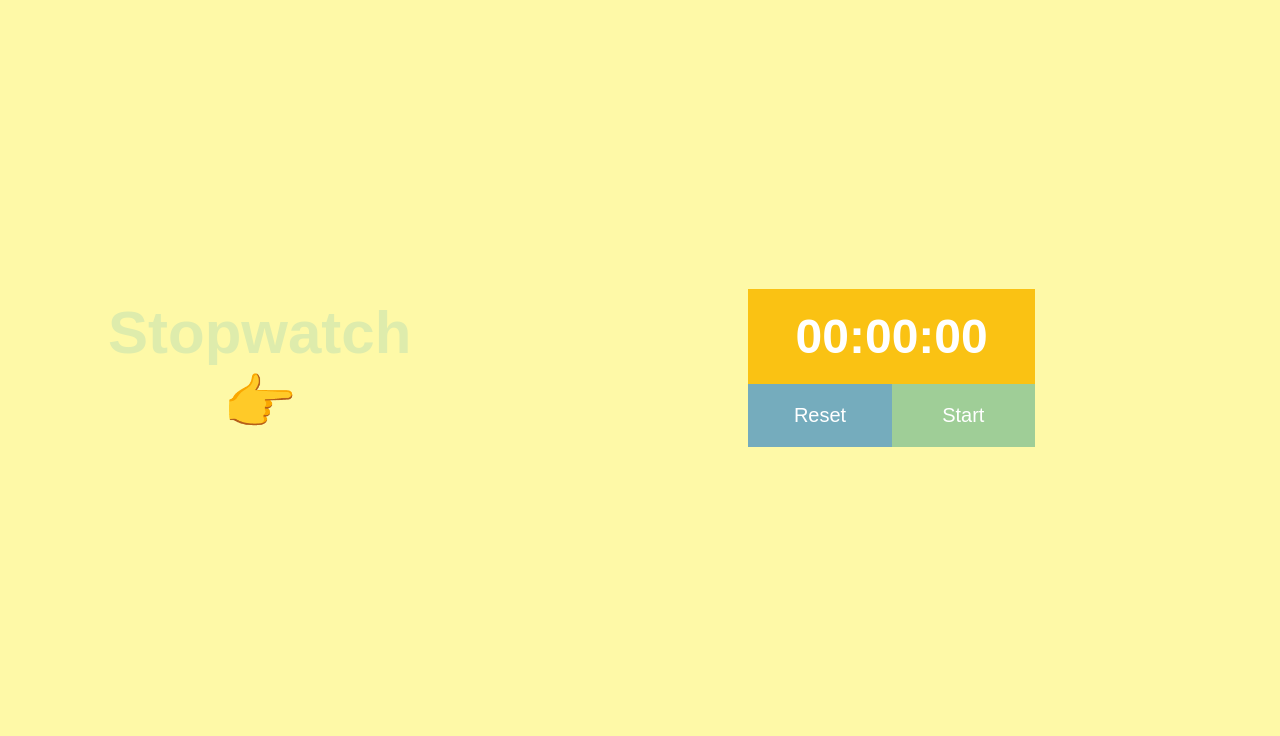
Repository: pilar122/stopwatch
Page: index.html
These files come from the project's save history. The page is drawn as it stood at one moment and after the next save; the edit follows.
The browser window is 1280 px wide. The pictures show the whole page.

Above is the page before, as saved 2022-06-19 13:04:25.

After the next save:
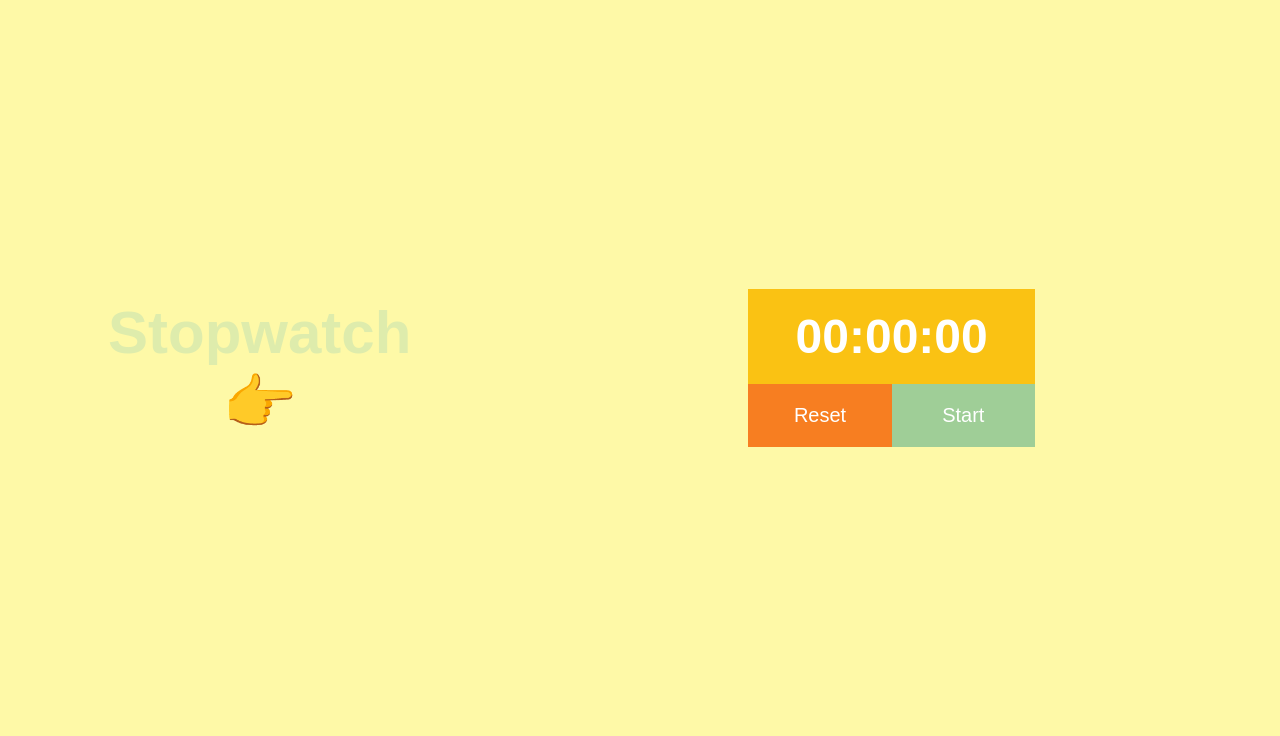
Saved 9 s later.
--- a/stopwatch.css
+++ b/stopwatch.css
@@ -27,7 +27,7 @@
     color: #fff;
     font-size: 20px;
   }
-  #sw-rst { background-color: #75acbd; }
+  #sw-rst { background-color: #F77E21; }
   #sw-go { background-color: #9fce97; }
 
   /* (X) DOES NOT MATTER */
